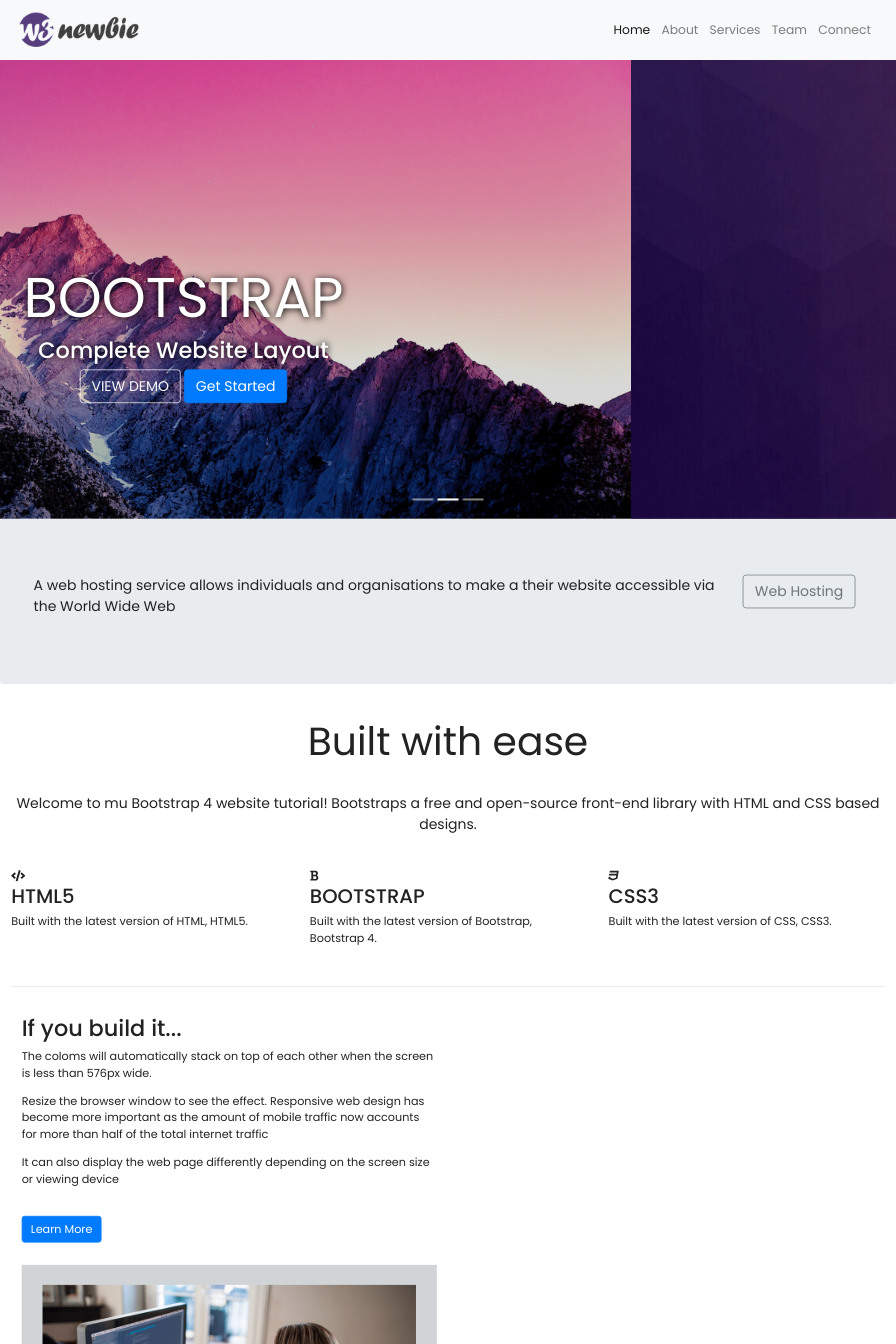
Repository: rkyankya/Bootstrap-1
Page: index.html
These files come from the project's save history. The page is drawn as it stood at one moment and after the next save; the edit follows.
The browser window is 1280 px wide. The pictures show the part of the page from y = 0 to 1920 px (the page is 4552 px tall), at 70% of full size.
Some web libraries are served in a nearby version.

Above is the page before, as saved 2019-12-18 13:02:18.

### index.html
<!DOCTYPE html>
<html lang="en">

<head>
    <meta charset="utf-8">
    <meta name="viewport" content="width=device-width, initial-scale=1">
    <title>Complete Bootstrap 4 Website Layout</title>
    <link rel="stylesheet" href="https://maxcdn.bootstrapcdn.com/bootstrap/4.0.0/css/bootstrap.min.css">
    <script src="https://ajax.googleapis.com/ajax/libs/jquery/3.3.1/jquery.min.js"></script>
    <script src="https://cdnjs.cloudflare.com/ajax/libs/popper.js/1.12.9/umd/popper.min.js"></script>
    <script src="https://maxcdn.bootstrapcdn.com/bootstrap/4.0.0/js/bootstrap.min.js"></script>
    <script src="https://use.fontawesome.com/releases/v5.0.8/js/all.js"></script>
    <link href="style.css" rel="stylesheet">
</head>

<body>

    <!-- Navigation -->
    <nav class="navbar navbar-expand-md navbar-light bg-light sticky-top">
        <div class="container-fluid">
            <a class="navbar-brand" href="#"><img src="img/logo.png" alt="#"></a>
            <button class="navbar-toggler" type="button" data-toggler="collapse" data-target="#navbarResponsive">
                <span class="navbar-toggler-icon"></span>
            </button>
            <div class="collapse navbar-collapse" id="navbarResponsive">
                <ul class="navbar-nav ml-auto">
                    <li class="nav-item active">
                        <a class="nav-link" href="#">Home</a>
                    </li>
                    <li class="nav-item">
                        <a class="nav-link" href="#">About</a>
                    </li>
                    <li class="nav-item">
                        <a class="nav-link" href="#">Services</a>
                    </li>
                    <li class="nav-item">
                        <a class="nav-link" href="#">Team</a>
                    </li>
                    <li class="nav-item">
                        <a class="nav-link" href="#">Connect</a>
                    </li>
                </ul>
            </div>
        </div>
    </nav>

    <!--- Image Slider -->
    <div id="slides" class="carousel slide" data-ride="carousel">
        <ul class="carousel-indicators">
            <li data-target="#slides" data-slide-to="0" class="active"></li>
            <li data-target="#slides" data-slide-to="1"></li>
            <li data-target="#slides" data-slide-to="2"></li>
        </ul>
        <div class="carousel-inner">
            <div class="carousel-item active">
                <img src="img/background.png" alt="#">
                <div class="carousel-caption">
                    <h1 class="display-2">Bootstrap</h1>
                    <h3>Complete Website Layout</h3>
                    <button type="button" class="btn btn-outline-light btn-lg">VIEW DEMO</button>
                    <button type="button" class="btn btn-primary btn-lg">Get Started</button>
                </div>
            </div>
            <div class="carousel-item">
                <img src="img/background2.png" alt="#">
            </div>
            <div class="carousel-item">
                <img src="img/background3.png" alt="#">
            </div>
        </div>
    </div>

    <!--- Jumbotron -->
    <div class="container-fluid">
        <div class="row jumbotron">
            <div class="col-xs-12 col-sm-12 col-md-9 col-lg-9 col-xl-10">
                <!--Bootstrap has 12 coloms the 12 describes the coloms to take-->
                <p class="lead">A web hosting service allows individuals and organisations to make a their website accessible via the World Wide Web
                </p>
            </div>
            <div class="col-xs-12 col-sm-12 col-md-3 col-lg-3 col-xl-2">
                <a href="#">
                    <button type="button" class="btn btn-outline-secondary btn-lg">Web Hosting</button>
                </a>
            </div>
        </div>
    </div>


    <!--- Welcome Section -->
    <div class="container-fluid padding">
        <div class="row welcome text-center">
            <div class="col-12">
                <h1 class="display-4">Built with ease</h1>
            </div>
            <hr class="my-4">
            <div class="col-12">
                <p class="lead">Welcome to mu Bootstrap 4 website tutorial! Bootstraps a free and open-source front-end library with HTML and CSS based designs.
                </p>
            </div>
        </div>
    </div>

    <!--- Three Column Section -->
    <div class="container-fluid padding">
        <div class="row text-centre padding">
            <div class="col-xs-12 col-sm-6 col-md-4">
                <i class="fas fa-code"></i>
                <h3>HTML5</h3>
                <p>Built with the latest version of HTML, HTML5.</p>
            </div>
            <div class="col-xs-12 col-sm-6 col-md-4">
                <i class="fas fa-bold"></i>
                <h3>BOOTSTRAP</h3>
                <p>Built with the latest version of Bootstrap, Bootstrap 4.</p>
            </div>
            <div class="col-sm-12 col-md-4">
                <i class="fab fa-css3"></i>
                <h3>CSS3</h3>
                <p>Built with the latest version of CSS, CSS3.</p>
            </div>
        </div>
        <hr class="my-4">
    </div>


    <!--- Two Column Section -->
    <div class="container-fluid padding">
        <div class="row-padding">
            <div class="col-md-12 col-lg-6">
                <h2>If you build it...</h2>
                <p>The coloms will automatically stack on top of each other when the screen is less than 576px wide.</p>
                <p>Resize the browser window to see the effect. Responsive web design has become more important as the amount of mobile traffic now accounts for more than half of the total internet traffic</p>
                <p>It can also display the web page differently depending on the screen size or viewing device</p>
                <br>
                <a href="#" class="btn btn-primary">Learn More</a>
            </div>
            <div class="col-lg-6">
                <img src="img/desk.png" class="img-fluid" alt="#">
            </div>
        </div>
    </div>

    <hr class="my-4">

    <!--- Fixed background -->
    <figure>
        <div class="fixed-wrap">
            <div id="fixed"></div>
        </div>
    </figure>


    <!--- Emoji Section -->
    <button class="fun" data-toggle="collapse" data-target="#emoji">Click For Fun</button>
    <div id="emoji" class="collapse">
        <div class="container-fluid padding">
            <div class="row text-center">
                <div class="col-sm-6 col-md-3">
                    <img class="gif" src="img/gif/panda.gif" alt="#">
                </div>
                <div class="col-sm-6 col-md-3">
                    <img class="gif" src="img/gif/unicorn.gif" alt="#">
                </div>
                <div class="col-sm-6 col-md-3">
                    <img class="gif" src="img/gif/poo.gif" alt="#">
                </div>
                <div class="col-sm-6 col-md-3">
                    <img class="gif" src="img/gif/chicken.gif" alt="#">
                </div>
            </div>
        </div>
    </div>


    <!--- Meet the team -->
    <div class="container-fluid padding">
        <div class="row-welcome text-center">
            <div class="col-12">
                <h1 class="display-4"> Meet the Team</h1>
            </div>
        </div>
    </div>


    <!--- Cards -->
    <div class="container-fluid padding">
        <div class="row welcome text">
            <div class="col-md-4">
                <div class="card">
                    <img class="card-imd-top" src="img/team1.png" alt="#">
                    <div class="card-body">
                        <h4 class="card-title">John Doe</h4>
                        <p class="card-text">Joe is an internet entrepreneur with almost 20 years of experience</p>
                        <a href="#" class="btn btn-outline-secondary"> See Profile</a>
                    </div>
                </div>
            </div>
            <div class="col-md-4">
                <div class="card">
                    <img class="card-imd-top" src="img/team2.png" alt="#">
                    <div class="card-body">
                        <h4 class="card-title">Mary Jo</h4>
                        <p class="card-text">Mary is a designer with almost 10 yeas of digital experience</p>
                        <a href="#" class="btn btn-outline-secondary"> See Profile</a>
                    </div>
                </div>
            </div>
            <div class="col-md-4">
                <div class="card">
                    <img class="card-imd-top" src="img/team3.png" alt="#">
                    <div class="card-body">
                        <h4 class="card-title">Phil Ho</h4>
                        <p class="card-text">Phil is a developer with over 5 years of web development experience</p>
                        <a href="#" class="btn btn-outline-secondary"> See Profile</a>
                    </div>
                </div>
            </div>
        </div>
    </div>


    <!--- Two Column Section -->
    <div class="container-fluid padding">
        <div class="row-padding">
            <div class="col-md-12 col-lg-6">
                <h2>Our Philosophy</h2>
                <p>We know that greatness is a distruptive era requires bold ambition, curious talent and a culture that believes we're smarter together</p>
                <p>We approach ever challege holistically, with best-in-class expertise in data, creativity, media, techology. search, social and more. We call this Alchemy. It has the powerto build our clients brands and transform their business. And while
                    it may seem like magic, we've got it down to a science</p>

                <br>
                <a href="#" class="btn btn-primary">Learn More</a>
            </div>
            <div class="col-lg-6">
                <img src="img/bootstrap2.png" class="img-fluid" alt="#">
            </div>
        </div>
    </div>


    <!--- Connect -->
    <div class="container-fluid padding">
        <div class="row text-center padding">
            <div class="col-12">
                <h2>Connect</h2>
            </div>
            <div class="col-12 social padding">
                <a href="#"><i class="fab fa-facebook"></i></a>
                <a href="#"><i class="fab fa-twitter"></i></a>
                <a href="#"><i class="fab fa-instagram"></i></a>
                <a href="#"><i class="fab fa-google-plus-g"></i></a>
                <a href="#"><i class="fab fa-youtube"></i></a>
            </div>
        </div>
    </div>



    <!--- Footer -->
    <footer>
        <div class="container-fluid padding">
            <div class="row text-center">
                <div class="col-md-4">
                    <img src="img/w3newbie.png" alt="#">
                    <hr class="light">
                    <p>256 708 322 323</p>
                    <p>email@email.com</p>
                    <p>Kirinya Bweyogerere</p>
                    <p>Kampala Uganda</p>
                </div>
                <div class="col-md-4">
                    <hr class="light">
                    <h5>Our Hours</h5>
                    <hr class="light">
                    <p>Monday: 9am-5pm</p>
                    <p>Saturday: 10am-4pm</p>
                    <p>Sunday: closed</p>
                </div>
                <div class="col-md-4">
                    <hr class="light">
                    <h5> Service Area </h5>
                    <hr class="light">
                    <p>City, State, 0000</p>
                    <p>City, State, 0000</p>
                    <p>City, State, 0000</p>
                    <p>City, State, 0000</p>
                </div>
                <div class="col-12">
                    <hr class="light">
                    <h5>&copy; w3newbie.com</h5>
                </div>
            </div>
        </div>
    </footer>




</body>

</html>

### style.css
@import url("https://fonts.googleapis.com/css?family=Poppins:400,500,700");
html,
body {
    height: 100%;
    width: 100%;
    font-family: "Poppins", sans-serif;
    color: #222;
}

.navbar {
    padding: 0.8rem;
}

.nav-link {
    font-size: 1.1em !important;
}

.carousel-inner img {
    width: 100%;
    height: 100%;
}

.carousel-caption {
    position: absolute;
    top: 60%;
    transform: translateY(-50%);
    -webkit-transform: translateY(-50%);
    -moz-transform: translateY(-50%);
    -ms-transform: translateY(-50%);
    -o-transform: translateY(-50%);
}

.carousel-caption h1 {
    font-size: 500%;
    text-transform: uppercase;
    text-shadow: 1px 1px 10px #000;
}

.carousel-caption h3 {
    font-size: 200%;
    font-weight: 500;
    text-shadow: 1px 1px 10px #000;
}


/*---Media Queries --*/

@media (max-width: 992px) {}

@media (max-width: 768px) {}

@media (max-width: 576px) {}


/* --- Firefox Bug Fix -- */

.carousel-item {
    transition: -webkit-transform 0.5s ease;
    transition: transform 0.5s ease;
    transition: transform 0.5s ease, -webkit-transform 0.5s ease;
    -webkit-backface-visibility: visible;
    backface-visibility: visible;
}


/* --- Fixed Background Image -- */

figure {
    position: relative;
    width: 100%;
    height: 60%;
    margin: 0 !important;
}

.fixed-wrap {
    clip: rect(0, auto, auto, 0);
    position: absolute;
    top: 0;
    left: 0;
    width: 100%;
    height: 100%;
}

#fixed {
    background-image: url("img/mac.png");
    position: fixed;
    display: block;
    top: 0;
    left: 0;
    width: 100%;
    height: 100%;
    background-size: cover;
    background-position: center center;
    -webkit-transform: translateZ(0);
    transform: translateZ(0);
    will-change: transform;
}


/*--- Bootstrap Padding Fix --*/

[class*="col-"] {
    padding: 1rem;
}


/*
Extra small (xs) devices (portrait phones, less than 576px)
No media query since this is the default in Bootstrap

Small (sm) devices (landscape phones, 576px and up)
@media (min-width: 576px) { ... }

Medium (md) devices (tablets, 768px and up)
@media (min-width: 768px) { ... }

Large (lg) devices (desktops, 992px and up)
@media (min-width: 992px) { ... }

Extra (xl) large devices (large desktops, 1200px and up)
@media (min-width: 1200px) { ... }
*/

After the next save:
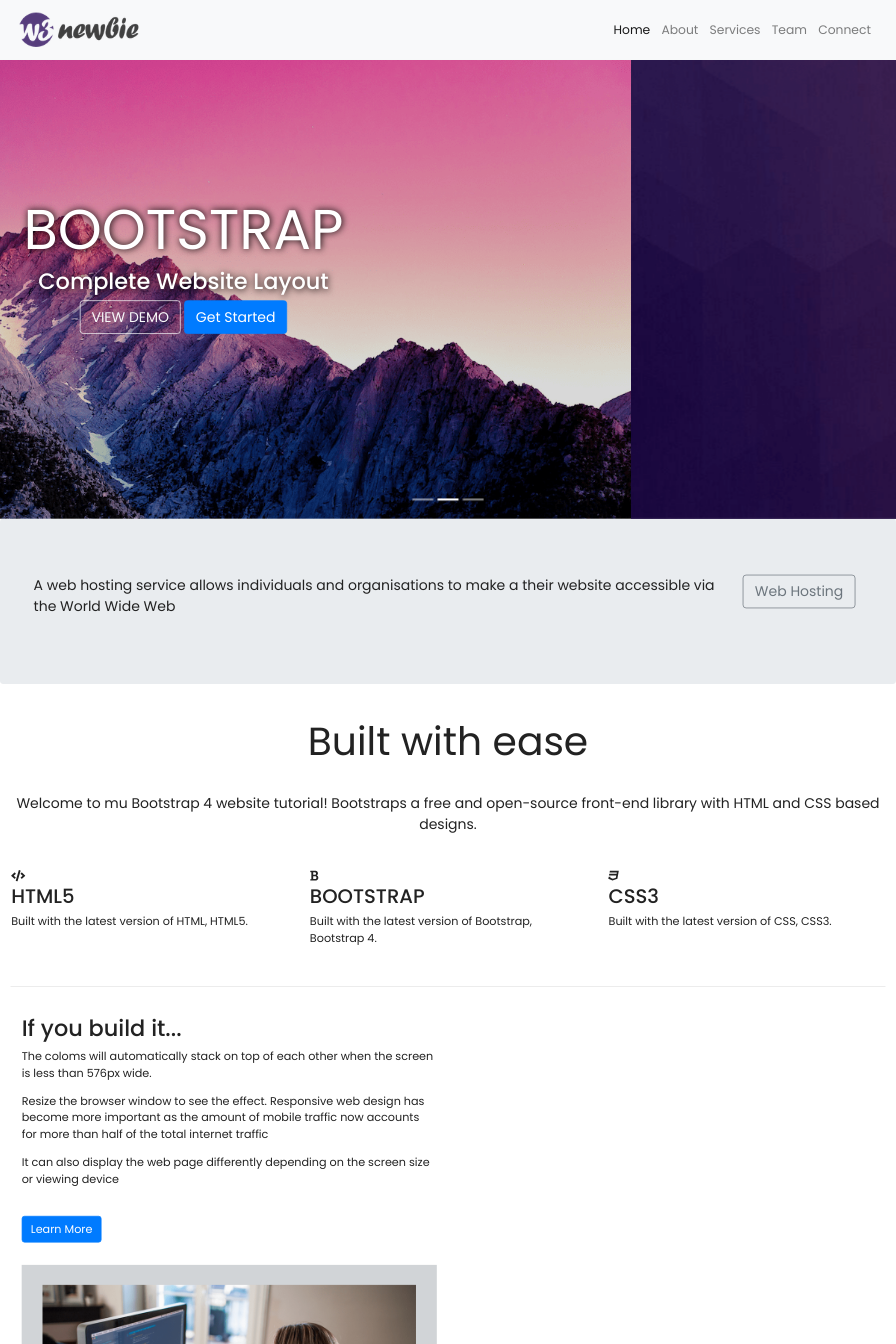
Saved 9 min 36 s later.
--- a/style.css
+++ b/style.css
@@ -22,7 +22,7 @@ body {
 
 .carousel-caption {
     position: absolute;
-    top: 60%;
+    top: 50%;
     transform: translateY(-50%);
     -webkit-transform: translateY(-50%);
     -moz-transform: translateY(-50%);
